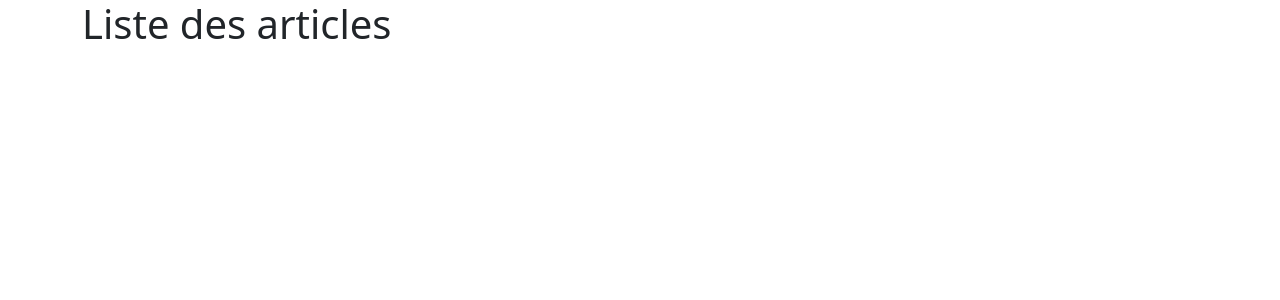
Repository: QuentinFayt/NewsWeb
Page: sources/adminNewsWeb/articlesList.html
The author's editor kept a copy of each file at every save. The page is drawn from the files as they stood at one save, then again after the next save.
The browser window is 1280 px wide. The pictures show the whole page.

Above is the page before, as saved 2021-12-23 11:51:09.

### sources/adminNewsWeb/articlesList.html
<!doctype html>
<html lang="fr">

<head>
    <meta charset="utf-8">
    <meta name="viewport" content="width=device-width, initial-scale=1">
    <link href="https://cdn.jsdelivr.net/npm/bootstrap@5.1.3/dist/css/bootstrap.min.css" rel="stylesheet" integrity="sha384-1BmE4kWBq78iYhFldvKuhfTAU6auU8tT94WrHftjDbrCEXSU1oBoqyl2QvZ6jIW3" crossorigin="anonymous">
    <title>Liste des articles</title>
</head>

<body>
    <main class="container">
        <h1>Liste des articles</h1>
        <table class="table table-striped">

        </table>
    </main>
    <script src="https://cdn.jsdelivr.net/npm/bootstrap@5.1.3/dist/js/bootstrap.bundle.min.js" integrity="sha384-ka7Sk0Gln4gmtz2MlQnikT1wXgYsOg+OMhuP+IlRH9sENBO0LRn5q+8nbTov4+1p" crossorigin="anonymous"></script>
</body>

</html>

After the next save:
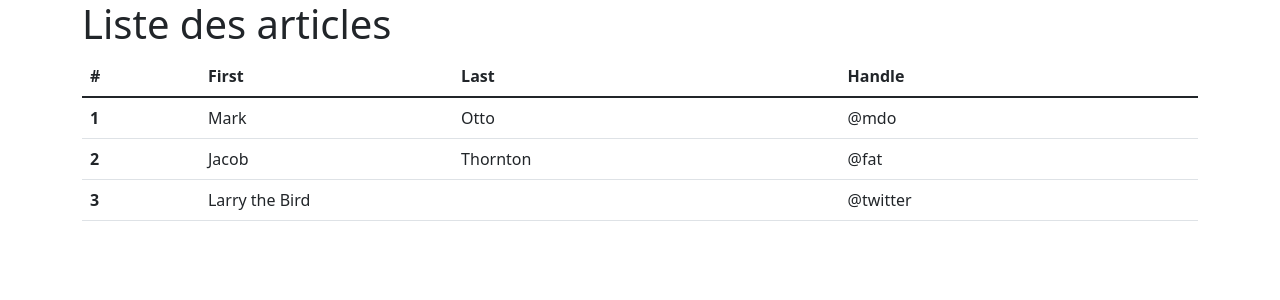
Saved 16 s later.
--- a/sources/adminNewsWeb/articlesList.html
+++ b/sources/adminNewsWeb/articlesList.html
@@ -11,8 +11,34 @@
 <body>
     <main class="container">
         <h1>Liste des articles</h1>
-        <table class="table table-striped">
-
+        <table class="table">
+            <thead>
+                <tr>
+                    <th scope="col">#</th>
+                    <th scope="col">First</th>
+                    <th scope="col">Last</th>
+                    <th scope="col">Handle</th>
+                </tr>
+            </thead>
+            <tbody>
+                <tr>
+                    <th scope="row">1</th>
+                    <td>Mark</td>
+                    <td>Otto</td>
+                    <td>@mdo</td>
+                </tr>
+                <tr>
+                    <th scope="row">2</th>
+                    <td>Jacob</td>
+                    <td>Thornton</td>
+                    <td>@fat</td>
+                </tr>
+                <tr>
+                    <th scope="row">3</th>
+                    <td colspan="2">Larry the Bird</td>
+                    <td>@twitter</td>
+                </tr>
+            </tbody>
         </table>
     </main>
     <script src="https://cdn.jsdelivr.net/npm/bootstrap@5.1.3/dist/js/bootstrap.bundle.min.js" integrity="sha384-ka7Sk0Gln4gmtz2MlQnikT1wXgYsOg+OMhuP+IlRH9sENBO0LRn5q+8nbTov4+1p" crossorigin="anonymous"></script>
